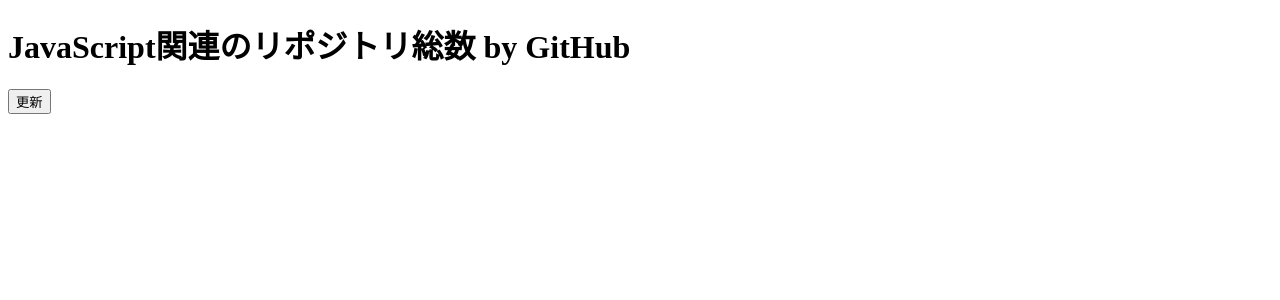
Repository: picalin/samurai_typing-game
Page: JavaScript_tutorial/Ajax_Task.html
The author's editor kept a record of every edit. The page is drawn from the files as they stood at one moment, then again after the next edit.
The browser window is 1280 px wide. The pictures show the whole page.

Above is the page before.

### JavaScript_tutorial/Ajax_Task.html
<!DOCTYPE html>
<html lang="ja">
  <head>
    <meta charset="utf-8">
    <title>11章 非同期処理とAjax　課題</title>
  </head>
    <body>
      <h1>JavaScript関連のリポジトリ総数 by GitHub</h1>

      <button id="btn">更新</button>
      <div id="number"></div>

      <script>
        const url = "https://api.github.com/search/repositories?q=javascript";
        const btn = document.getElementById("btn");
        const number = document.getElementById("number");

        const createNumber = item => {
          const h2 = document.createElement('h2');
          h2.textContent = 'リポジトリの総数は' + item.total_count + '件です！';
          number.appendChild(h2);
        };

        btn.addEventListener('click', () => {
          number.innerHTML = '';

          fetch(url)
          .then(data => data.json()) //JSONデータとして取得する
          .then(data => createNumber(data))
          .then(data => console.log(data));


        });



      </script>
    </body>
</html>

After the next edit:
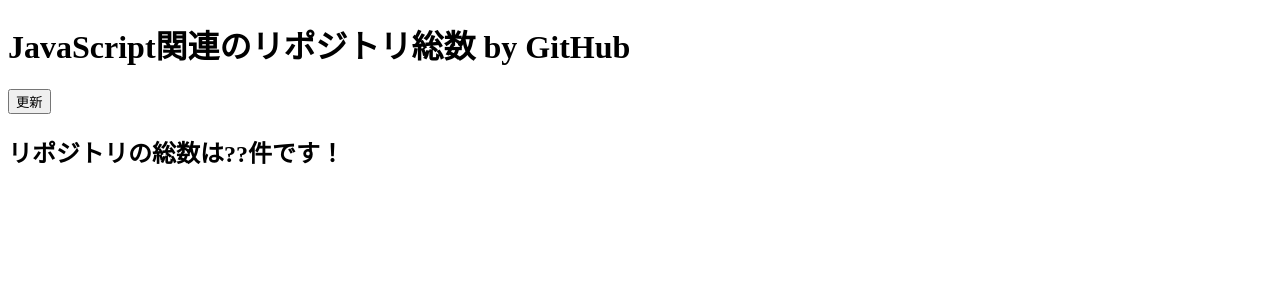
The edit:
--- a/JavaScript_tutorial/Ajax_Task.html
+++ b/JavaScript_tutorial/Ajax_Task.html
@@ -8,7 +8,7 @@
       <h1>JavaScript関連のリポジトリ総数 by GitHub</h1>
 
       <button id="btn">更新</button>
-      <div id="number"></div>
+      <div id="number"><h2>リポジトリの総数は??件です！</h2></div>
 
       <script>
         const url = "https://api.github.com/search/repositories?q=javascript";
